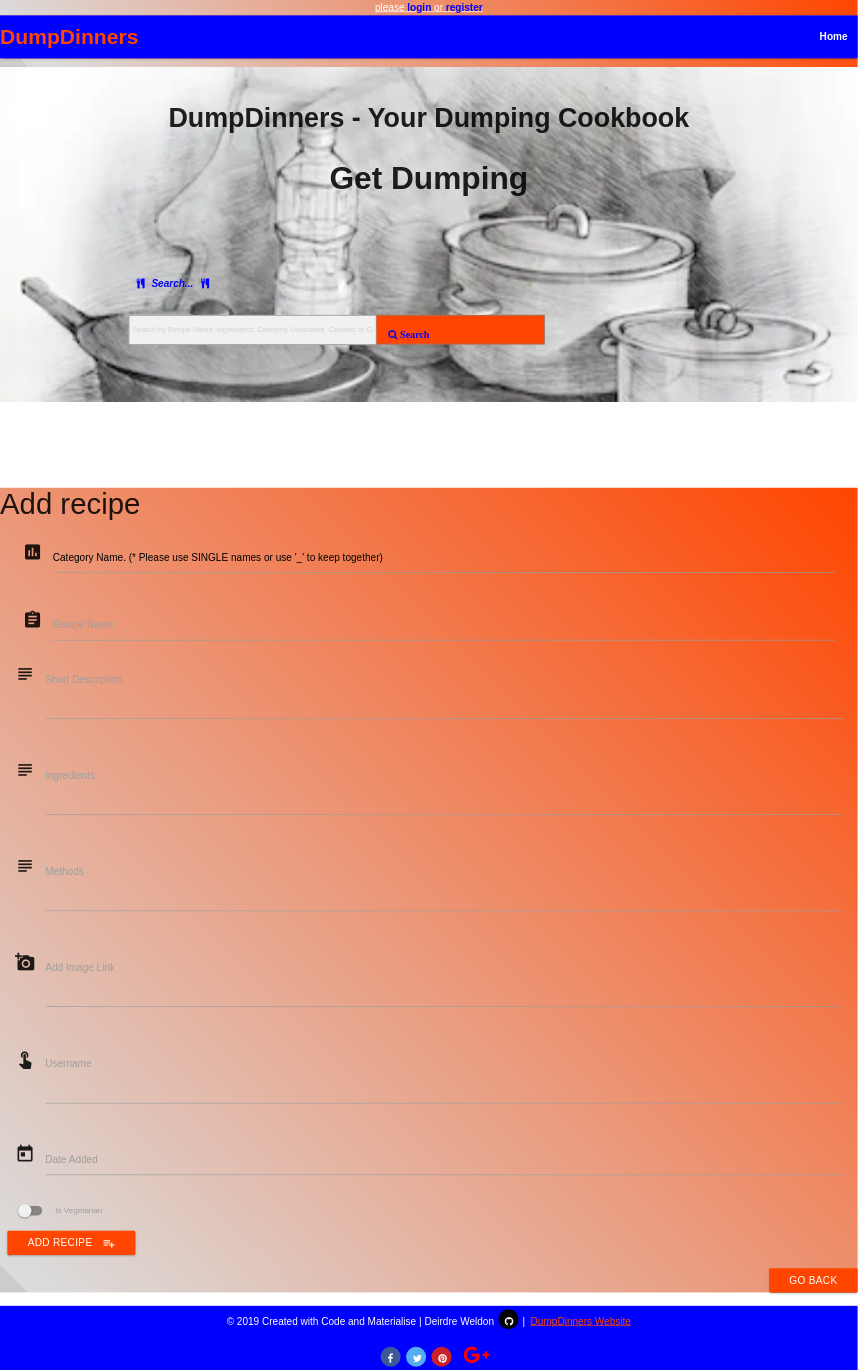
Repository: Deirdre18/dumpdinners-recipe-app
Page: http://localhost/add_recipe
The author's editor kept a record of every edit. The page is drawn from the files as they stood at one moment, then again after the next edit.
The browser window is 1280 px wide. The pictures show the whole page, at 67% of full size.
Some web libraries are served in a nearby version. The page is served by the project's application, run on Flask 3 (app.py). Queries for data that is not in the repository find no rows.

Above is the page before.

### templates/addrecipe.html
{% extends 'base.html' %} {% block content %}
<h3>Add recipe</h3>
<div class="row">
    <form action="{{ url_for('insert_recipe') }}" method="POST" class="col s12">
        <div class="col s12">
            <div class="row">
                <div class="input-field col s12">
                    <i class="material-icons prefix">poll</i>
                    <input id="category_name" name="category_name" type="text" class="validate">
                    <label for="icon_prefix" style="color:black">Category Name.  (* Please use SINGLE names or use '_' to keep together)</label>
                </div>
            </div>
            <div class="input-field col s12">
                <i class="material-icons prefix">assignment</i>
                <input id="recipe_name" name="recipe_name" type="text">
                <label for="icon_prefix">Recipe Name</label>
            </div>
        </div>
        <div class="row">
            <div class="input-field col s12">
                <i class="material-icons prefix">subject</i>
                <textarea name="short_description" id="short_description" class="materialize-textarea"></textarea>
                <label for="icon_prefix">Short Description</label>
            </div>
        </div>
        <div class="row">
            <div class="input-field col s12">
                <i class="material-icons prefix">subject</i>
                <textarea name="ingredients" id="ingredients" class="materialize-textarea"></textarea>
                <label for="icon_prefix">Ingredients</label>
            </div>
        </div>
        <div class="row">
            <div class="input-field col s12">
                <i class="material-icons prefix">subject</i>
                <textarea name="methods" id="methods" class="materialize-textarea"></textarea>
                <label for="icon_prefix">Methods</label>
            </div>
        </div>
        <div class="row">
            <div class="input-field col s12">
                <i class="material-icons prefix">add_a_photo</i>
                <textarea name="image" id="image" class="materialize-textarea"></textarea>
                <label for="icon_prefix">Add Image Link</label>
            </div>
        </div>
        <div class="row">
            <div class="input-field col s12">
                <i class="material-icons prefix">touch_app</i>
                <textarea name="username" id="username" class="materialize-textarea"></textarea>
                <label for="username">Username</label>
            </div>
        </div>
        <div class="row">
            <div class="input-field col s12">
                <i class="material-icons prefix">today</i>
                <input id="date_added" name="date_added" type="text" class="datepicker">
                <label for="icon_prefix">Date Added</label>
            </div>
        </div>

        <div class="row">
            <div class="switch">
                <label>
                  <input id="is_vegetarian" name="is_vegetarian" type="checkbox">
                  <span class="lever"></span>
                  Is Vegetarian
                </label>
            </div>
        </div>
        <div class="row">
            <button class="btn waves-effect waves-light" type="submit" style="background-color:orangered" name="action">Add recipe
                <i class="material-icons right">playlist_add</i>
             </button>
        </div>
    </form>
    <br>
    <button onclick="goBack()" class="waves-effect waves-light btn" style="background-color:orangered;float:right">Go Back</button></i>
</div>

{% endblock %}

### app.py
import os
import re
from flask import Flask, render_template, redirect, request, url_for, session, flash
import json
from flask_pymongo import PyMongo
import pymongo
from pymongo import MongoClient
from bson.objectid import ObjectId


from werkzeug.security import generate_password_hash, check_password_hash


app = Flask(__name__)

app.secret_key = "randomstring123"



if app.config['DEBUG'] == True:
    from config import dbconfig
    app.config["MONGO_DBNAME"] = 'dumpdinners'
    app.config["MONGO_URI"] = dbconfig()
else:
    app.config['MONGO_URI'] = os.environ.get("MONGO_URI")
    app.config['MONGO_DBNAME'] = os.environ.get("MONGO_DBNAME")

mongo = PyMongo(app)


@app.route('/')
@app.route('/index')
def index():
    """Home page the gets 4 recipes from DB that have been viewed the most"""
    four_recipes = mongo.db.recipes.find().limit(4)
    return render_template('allrecipes1.html', recipes=four_recipes)

@app.route('/allrecipes')
def allrecipes():
    recipes = mongo.db.recipes.find()
    return render_template('allrecipes.html', recipes=recipes)


# took idea of display only four recipes from another student at code institute (spence barriball) and looked at code to help with this - https://github.com/5pence/recipeGlut
@app.route('/allrecipes1')
def allrecipes1():
    recipes = mongo.db.recipes.find()
    four_recipes = mongo.db.recipes.find().limit(4)
    return render_template('allrecipes1.html', recipes=four_recipes)

@app.route('/add_recipe')
def add_recipe():
    recipes = mongo.db.recipes.find()
    return render_template('addrecipe.html',
        recipes=mongo.db.categories.find())

@app.route('/insert_recipe', methods=['POST'])
def insert_recipe():
    recipes = mongo.db.recipes
    recipes.insert_one(request.form.to_dict())
    flash ("Thank you, your recipe has been inserted!")
    return render_template('recipe.html', recipe=recipe)

@app.route('/edit_recipe/<recipe_id>', methods=['GET', 'POST'])
def edit_recipe(recipe_id):
    """Allows logged in user to edit their own recipes"""
    recipe_db = mongo.db.recipes.find_one_or_404({'_id': ObjectId(recipe_id)})
    all_categories =  mongo.db.categories.find()
    if request.method == 'GET':

        return render_template('editrecipe.html', recipe=recipe_db, categories=all_categories)

# referred to this article for advice on 'views' - https://stackoverflow.com/questions/5782311/mongodb-inc-embedded-value-syntax

@app.route('/update_recipe/<recipe_id>', methods=["POST"])
def update_recipe(recipe_id):
    recipes = mongo.db.recipes
    recipes.update( {'_id': ObjectId(recipe_id)},
    {
        '$set': {

        'recipe_name':request.form.get('recipe_name'),
        'ingredients':request.form.get('ingredients'),
        'image': request.form.get('image'),
        'category_name': request.form.get('category_name'),
        'username': request.form.get('username'),
        'methods': request.form.get('methods'),
        'short_description': request.form.get('short_description'),
        'date_added': request.form.get('date_added'),
        'is_vegetarian': request.form.get('is_vegetarian'),
        'views':1,
        'likes':1

        }
    })
    return redirect(url_for('allrecipes'))

@app.route('/delete_recipe/<recipe_id>')
def delete_recipe(recipe_id):
    mongo.db.recipes.remove({'_id': ObjectId(recipe_id)})
    return redirect(url_for('allrecipes'))

# referred to code from another student (spence barriball) at code institute and looked at code to help with search routing - https://github.com/5pence/recipeGlut
@app.route('/search')
def search():
    """Provides logic for search bar"""
    orig_query = request.args['query']
    # using regular expression setting option for any case
    query = {'$regex': re.compile('.*{}.*'.format(orig_query)), '$options': 'i'}
    # find instances of the entered word in title, tags or ingredients
    results = mongo.db.recipes.find({
        '$or': [
            {'recipe_name': query},
            {'ingredients': query},
            {'recipe_name': query},
            {'category_name': query},
            {'calories': query},
            {'cooking_time': query}
        ]
    })
    return render_template('search.html', query=orig_query, results=results)


@app.route('/recipe/<recipe_id>')
def recipe(recipe_id):

    """Shows full recipe and increments view"""
    mongo.db.recipes.find_one_and_update(
        {'_id': ObjectId(recipe_id)},
        { '$inc': { 'views': 1}}
    )
    recipe_db = mongo.db.recipes.find_one_or_404({'_id': ObjectId(recipe_id)})
    return render_template('recipe.html', recipe=recipe_db)

# routing for likes

@app.route('/likes/<recipe_id>')
def likes(recipe_id):

    """Shows full recipe and increments view"""
    mongo.db.recipes.find_one_and_update(
        {'_id': ObjectId(recipe_id)},
        { '$inc': { 'likes': 1}}
    )
    recipe_db = mongo.db.recipes.find_one_or_404({'_id': ObjectId(recipe_id)})
    return redirect(url_for('allrecipes1'))

# referred to code for login routing from another student (deborah thompsonl) at code institute and looked at code to help with search routing - https://github.com/debbiect246/recipe-app

@app.route('/login', methods=["GET","POST"])
def login():
    if request.method == 'POST':
        login_user = mongo.db.register.find_one({'username': request.form['username']})
        form = request.form
        if login_user:
            if(form["password"] == login_user["password"]): # if password correct
                session['username'] = login_user["username"]
                return redirect(url_for('allrecipes',register_id = login_user["_id"]))
            else: # and if password is not correct
               flash("Incorrect password, please try again or register")
        else:# if user does not exist
            flash("User does not exist")
            return redirect(url_for('register'))
    return render_template('login.html')


#Copied routing for register from Deborah Thompson, student at Code Institute for login routing - #https://github.com/debbiect246/recipe-app#

@app.route('/register', methods=['POST','GET'])
def register():
    if request.method == 'POST':
        register = mongo.db.register
        register_id = register.insert_one(request.form.to_dict())
        # print(register)
        object_id = register_id.inserted_id
        flash("Thank you for registering, please login to view more recipes and add your own!")
        return redirect(url_for('login'))
    return render_template('register.html')

@app.route('/logout')
def logout():
    """Clears session after user is logged out"""

    session.clear()
    flash ("Thank you, hope to see you again soon!")
    return redirect(url_for('login'))

if __name__ == '__main__':
    app.run(host=os.environ.get('IP'),
        port=int(os.environ.get('PORT')))

### static/styles.css
.card-body {
    width: 75%;
    margin-left: 0;
    left: auto;
    right: auto;
    white-space: pre-wrap;
}

#search [type="search"] [name="query"]
{
     height: 30px;
     width: 50px;
}


h3 {margin-top: 10%}

.main { margin-top: 20px;}

.card-image {width:25%;}

h5 .lead-search {margin-bottom: 0}

p .heading {margin-top: 30%;}


.card-image {white-space: pre-wrap;
            margin-bottom: -80px;
}


h1 {text-align: center;
    margin-top: 20px;

}

p {margin-top: 20%;}



.nav-wrapper {background-color: blue;}

#Add {color: indigo;
}

#View {color: indigo;
}

.brand-logo{text-align:left;}

.btn_small {
    height: 24px;
    width: 60px;
    line-height: 24px;
    margin: 5px 5px;
    padding: 0 0.5em;
}

Loaded but not shown: templates/base.html (311 lines, source omitted); static/social-share-kit.css (no copy from this time; the picture is the same without it)

After the next edit:
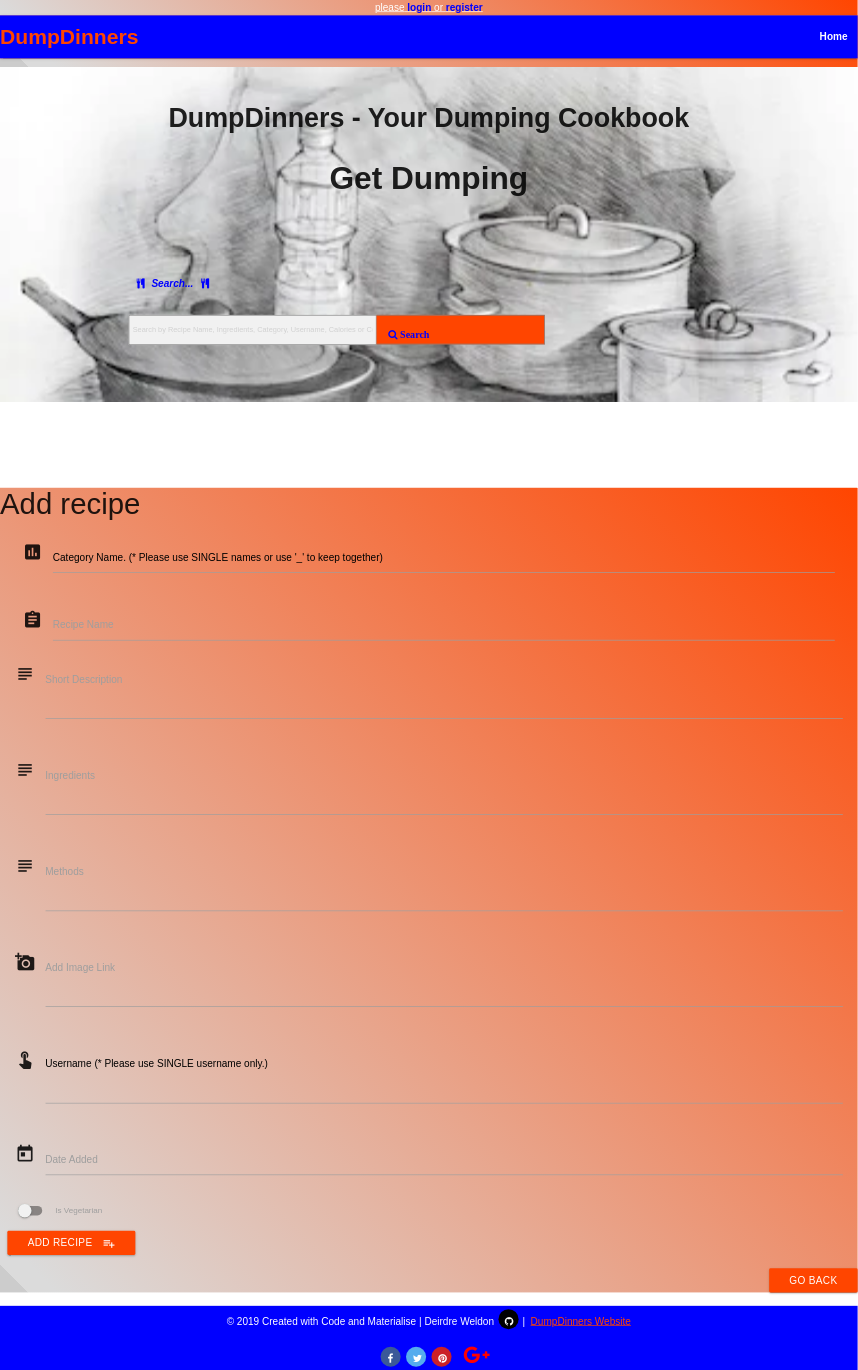
The edit:
--- a/templates/addrecipe.html
+++ b/templates/addrecipe.html
@@ -48,7 +48,7 @@
             <div class="input-field col s12">
                 <i class="material-icons prefix">touch_app</i>
                 <textarea name="username" id="username" class="materialize-textarea"></textarea>
-                <label for="username">Username</label>
+                <label for="username" style="color:black">Username (* Please use SINGLE username only.)</label>
             </div>
         </div>
         <div class="row">
